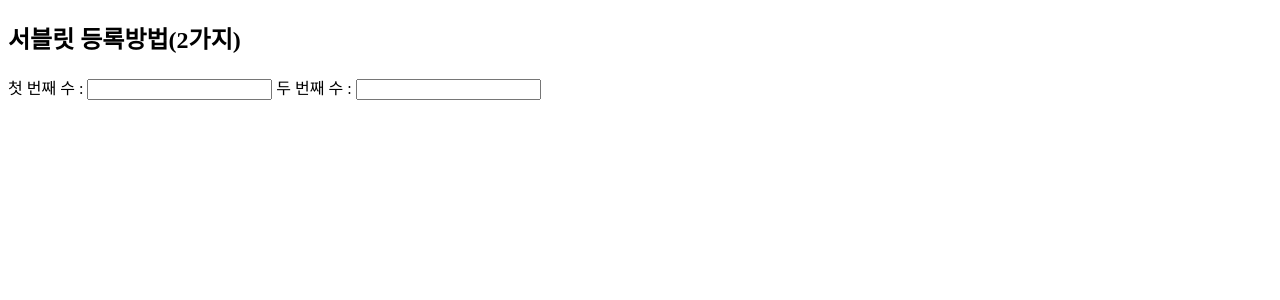
Repository: LTaeHoon/javajsp_ncs
Page: http://localhost/chap01_Jsp_Servlet/jsp/adder.jsp
The author's editor kept a copy of each file at every save. The page is drawn from the files as they stood at one save, then again after the next save.
The browser window is 1280 px wide. The pictures show the whole page.
The page is served by Tomcat 9.

Above is the page before, as saved 2017-01-11 03:15:31.

After the next save:
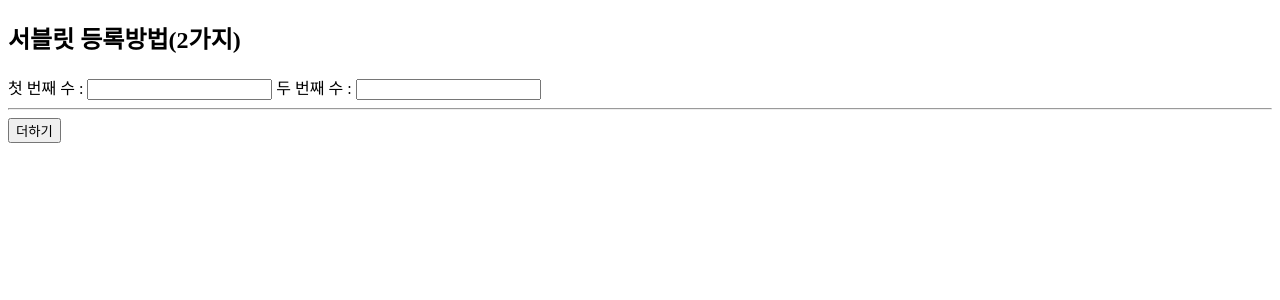
Saved 58 s later.
--- a/chap01_Jsp_Servlet/WebContent/jsp/adder.jsp
+++ b/chap01_Jsp_Servlet/WebContent/jsp/adder.jsp
@@ -8,9 +8,14 @@
 </head>
 <body>
 	<h2>서블릿 등록방법(2가지)</h2>
+
+	<!-- web.xml에 등록방법 -->
 	<form name="frm1" method="get" action="../adder1">
 		첫 번째 수 : <input name="num1"/>
 		두 번째 수 : <input name="num2"/>
+		<hr>
+		<input type="submit" value="더하기"/>
+
 	</form>
 </body>
 </html>
